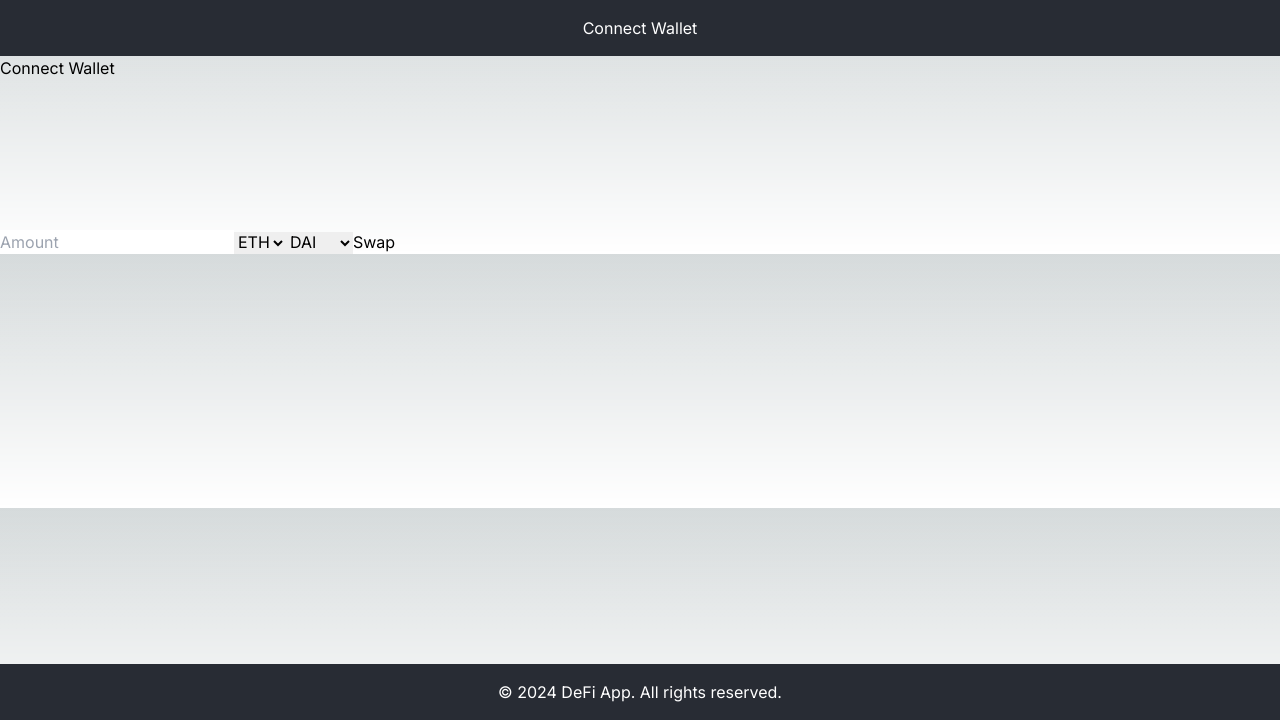
Repository: AllMightLegend/defi-token-swapping-app
Page: /
An editor plug-in stored every save of this project. The page is shown before and after the next save, followed by the edit.
The browser window is 1280 px wide. The pictures show the whole page.
The page's requests for data from a server got no answer. The project was rebuilt for these pictures with package versions that can differ from the ones it lists, and the page was loaded fresh each time. Some packages were replaced by stand-ins written for this rebuild. The framework's server and built-in components were replaced by stand-ins that run in the browser. No one was signed in, and anything a server would have sent is missing. Also part of the build but not shown: next.config.mjs.

Above is the page before, as saved 2024-08-27 19:25:35.

After the next save:
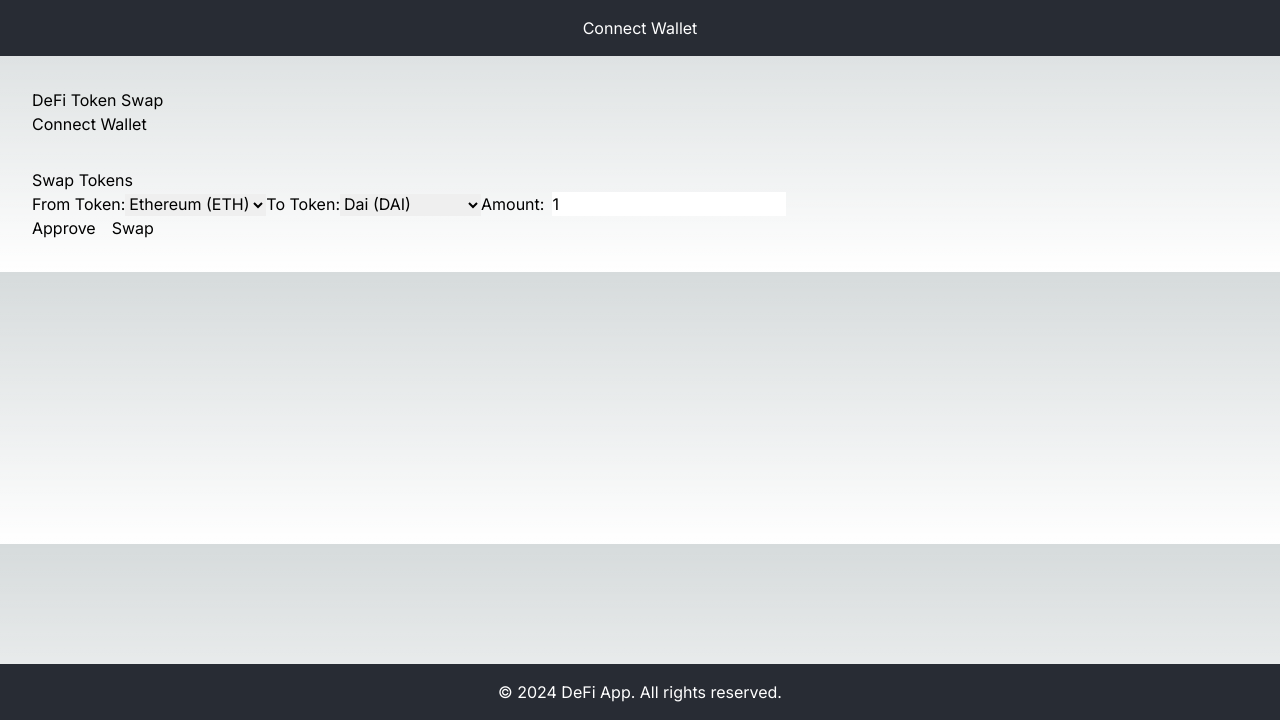
Saved 1 s later.
--- a/app/page.tsx
+++ b/app/page.tsx
@@ -1,19 +1,98 @@
 "use client"; // This ensures the component is treated as a client component
-
-import React from 'react';
+import React, { useState, useEffect } from 'react';
+import { ethers } from 'ethers';
 import WalletConnector from '../components/WalletConnector';
-import PriceChart from '../components/PriceChart';
-import SwapComponent from '../components/SwapComponent';
+import { approveToken } from '../utils/approval';
+import { executeSwap } from '../utils/swap';
 import Layout from '../components/Layout';
 
-const Home: React.FC = () => {
+const IndexPage: React.FC = () => {
+  const [provider, setProvider] = useState<ethers.providers.Web3Provider | null>(null);
+  const [walletAddress, setWalletAddress] = useState<string | null>(null);
+  const [fromToken, setFromToken] = useState<string>('ETH');
+  const [toToken, setToToken] = useState<string>('DAI');
+  const [amount, setAmount] = useState<string>('1');
+  const [swapResult, setSwapResult] = useState<string | null>(null);
+
+  const handleSwap = async () => {
+    if (!provider) {
+      alert('Please connect your wallet first!');
+      return;
+    }
+
+    try {
+      const swapTx = await executeSwap(fromToken, toToken, amount, provider);
+      setSwapResult(`Swap successful: ${swapTx.hash}`);
+    } catch (error) {
+      console.error('Swap failed:', error);
+      setSwapResult('Swap failed.');
+    }
+  };
+
+  const handleApprove = async () => {
+    if (!provider) {
+      alert('Please connect your wallet first!');
+      return;
+    }
+
+    const spenderAddress = '0xYourSpenderAddress'; // Replace with actual spender address
+
+    try {
+      const approvalTx = await approveToken(fromToken, spenderAddress, amount, provider);
+      alert(`Approval successful: ${approvalTx.hash}`);
+    } catch (error) {
+      console.error('Approval failed:', error);
+      alert('Approval failed.');
+    }
+  };
+
   return (
     <Layout>
-      <WalletConnector />
-      <PriceChart />
-      <SwapComponent />
+      <div style={{ padding: '2rem' }}>
+        <h1>DeFi Token Swap</h1>
+        <WalletConnector setWalletAddress={setWalletAddress} setProvider={setProvider} />
+
+        <div style={{ marginTop: '2rem' }}>
+          <h2>Swap Tokens</h2>
+          <label>
+            From Token:
+            <select value={fromToken} onChange={(e) => setFromToken(e.target.value)}>
+              <option value="ETH">Ethereum (ETH)</option>
+              <option value="SOL">Solana (SOL)</option>
+              <option value="BTC">Bitcoin (BTC)</option>
+              <option value="DAI">Dai (DAI)</option>
+            </select>
+          </label>
+          <label>
+            To Token:
+            <select value={toToken} onChange={(e) => setToToken(e.target.value)}>
+              <option value="ETH">Ethereum (ETH)</option>
+              <option value="SOL">Solana (SOL)</option>
+              <option value="BTC">Bitcoin (BTC)</option>
+              <option value="DAI">Dai (DAI)</option>
+            </select>
+          </label>
+          <label>
+            Amount:
+            <input
+              type="number"
+              value={amount}
+              onChange={(e) => setAmount(e.target.value)}
+              style={{ marginLeft: '0.5rem' }}
+            />
+          </label>
+          <div>
+            <button onClick={handleApprove} style={{ marginRight: '1rem' }}>
+              Approve
+            </button>
+            <button onClick={handleSwap}>Swap</button>
+          </div>
+
+          {swapResult && <p>{swapResult}</p>}
+        </div>
+      </div>
     </Layout>
   );
 };
 
-export default Home;
+export default IndexPage;
